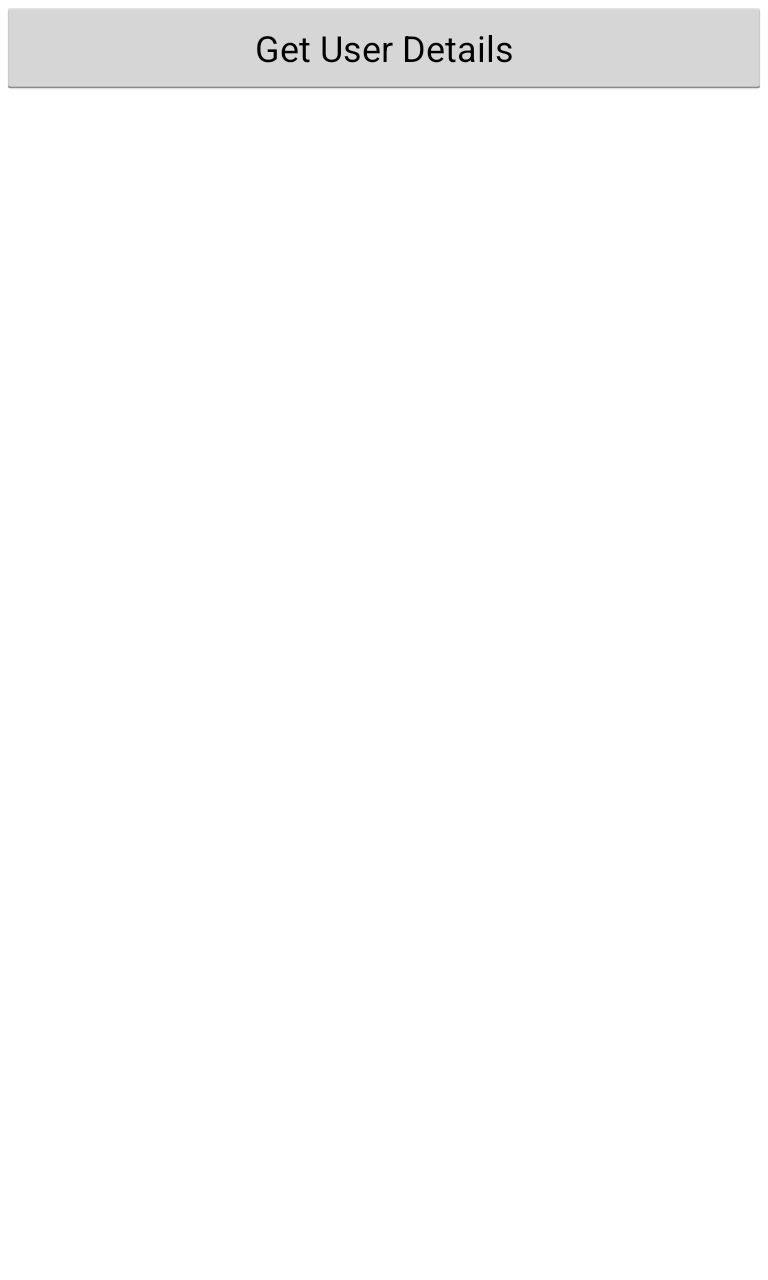
Repository: LakshmiKalyani93/AndroidTraining
Layout: UserInfo/res/layout/info.xml
An editor plug-in stored every save of this project. The layout is shown before and after the next save, followed by the edit.
It is drawn on a 768 x 1280 px phone screen (xhdpi) without system bars, with theme AppTheme; the app's code is not run.

Above is the layout before, as saved 2014-09-09 08:30:51.

### UserInfo/res/layout/info.xml
<?xml version="1.0" encoding="utf-8"?>
<LinearLayout xmlns:android="http://schemas.android.com/apk/res/android"
    android:layout_width="match_parent"
    android:layout_height="match_parent"
    android:orientation="vertical"
   >

    <LinearLayout >
        <TextView
        android:id="@+id/user_txt"
        android:layout_height="wrap_content"
        android:layout_width="wrap_content"
        android:text="@string/username"
        />

    <EditText android:id="@+id/user_edt"
        android:layout_height="wrap_content"
        android:layout_width="wrap_content"
        android:inputType="text"/>
    </LinearLayout>

    <Button
        android:id="@+id/user_btn"
        android:layout_width="match_parent"
        android:layout_height="wrap_content"
        android:text="@string/user" />

</LinearLayout>

### UserInfo/res/values/strings.xml
<resources>

    <string name="app_name">UserInfo</string>
    <string name="user">Get User Details</string>
        <string name="username">Username : </string>



</resources>

Loaded but not shown: UserInfo/res/values/styles.xml (common file); UserInfo/res/values-v11/styles.xml (common file); UserInfo/res/values-v14/styles.xml (common file)

After the next save:
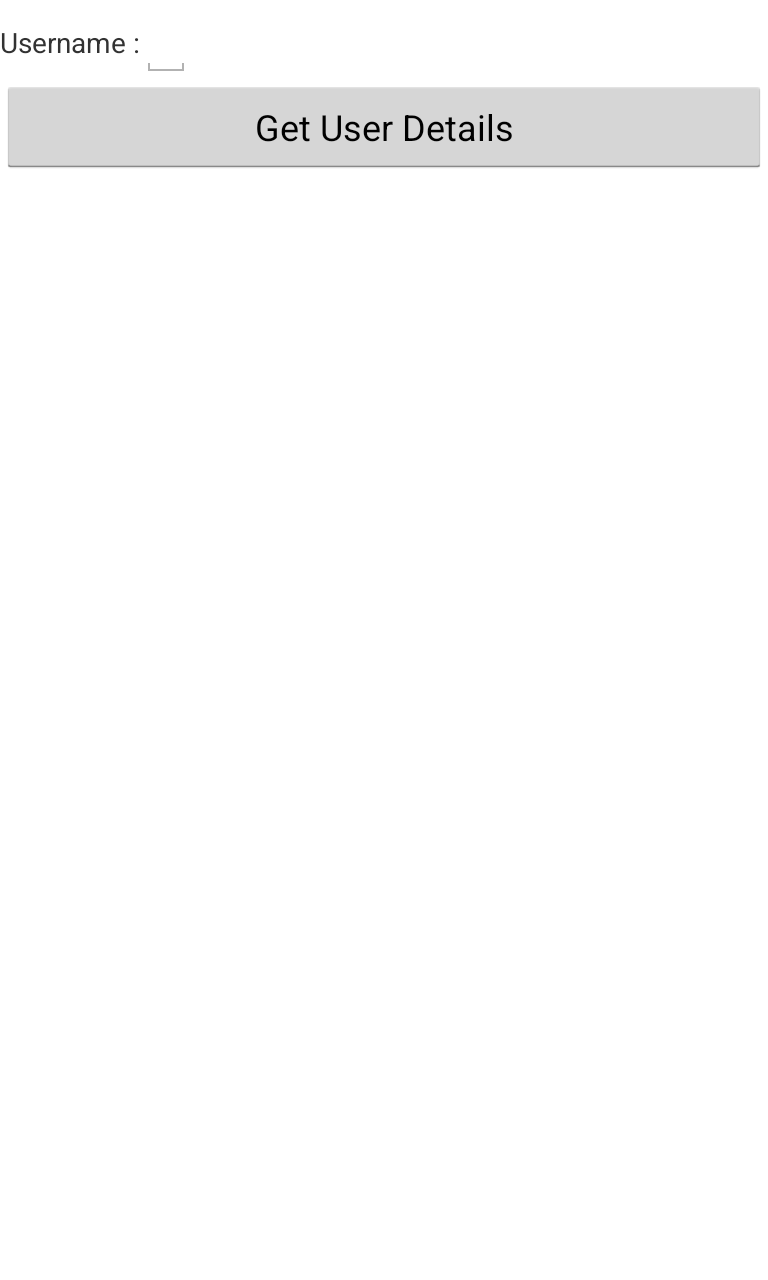
Saved 33 s later.
--- a/UserInfo/res/layout/info.xml
+++ b/UserInfo/res/layout/info.xml
@@ -5,7 +5,8 @@
     android:orientation="vertical"
    >
 
-    <LinearLayout >
+    <LinearLayout android:layout_height="wrap_content"
+        android:layout_width="match_parent" >
         <TextView
         android:id="@+id/user_txt"
         android:layout_height="wrap_content"
